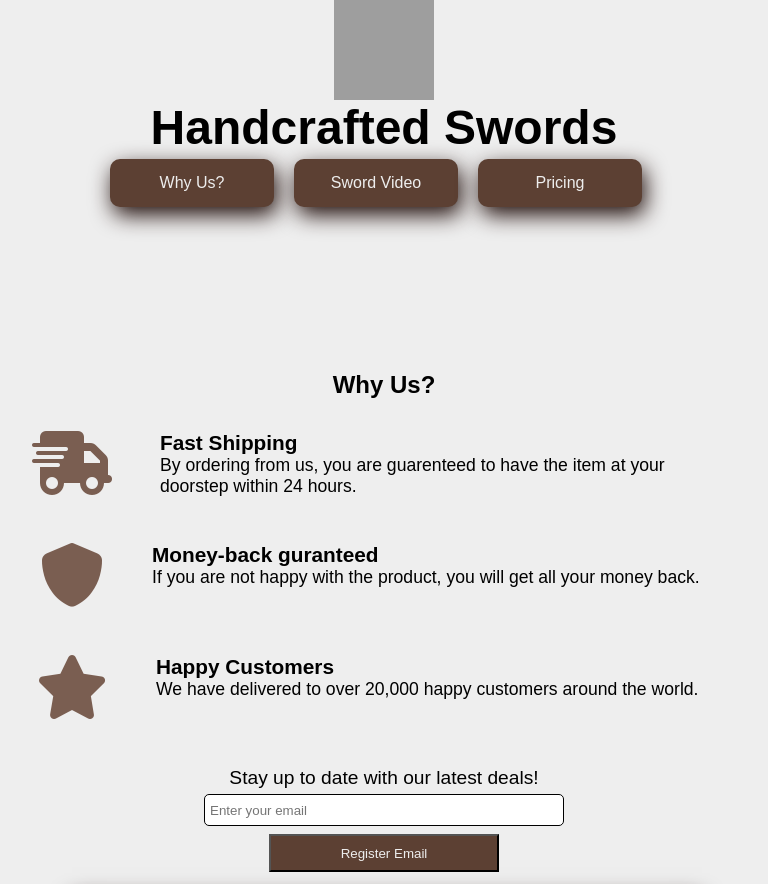
Repository: Pafestivo/Product-Landing-Page
Page: index.html
These files come from the project's save history. The page is drawn as it stood at one moment and after the next save; the edit follows.
The browser window is 768 px wide. The pictures show the part of the page from y = 0 to 884 px (the page is 1258 px tall before and 1250 px after).
Pictures or frames that could not be fetched are drawn as grey boxes. Some web libraries are served in a nearby version.

Above is the page before, as saved 2022-09-15 21:06:25.

After the next save:
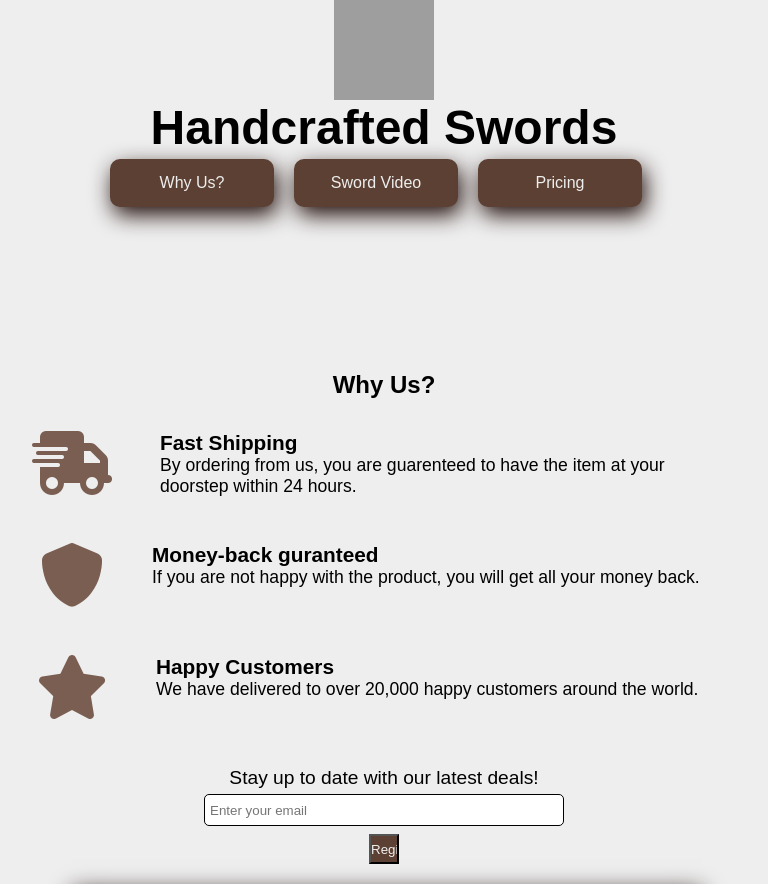
Saved 15 s later.
--- a/styles.css
+++ b/styles.css
@@ -163,8 +163,8 @@
   }
 
   #submit {
-    width: 30vw;
-    height: 5vw;
+    width: 30px;
+    height: 30px;
   }
 }
 
